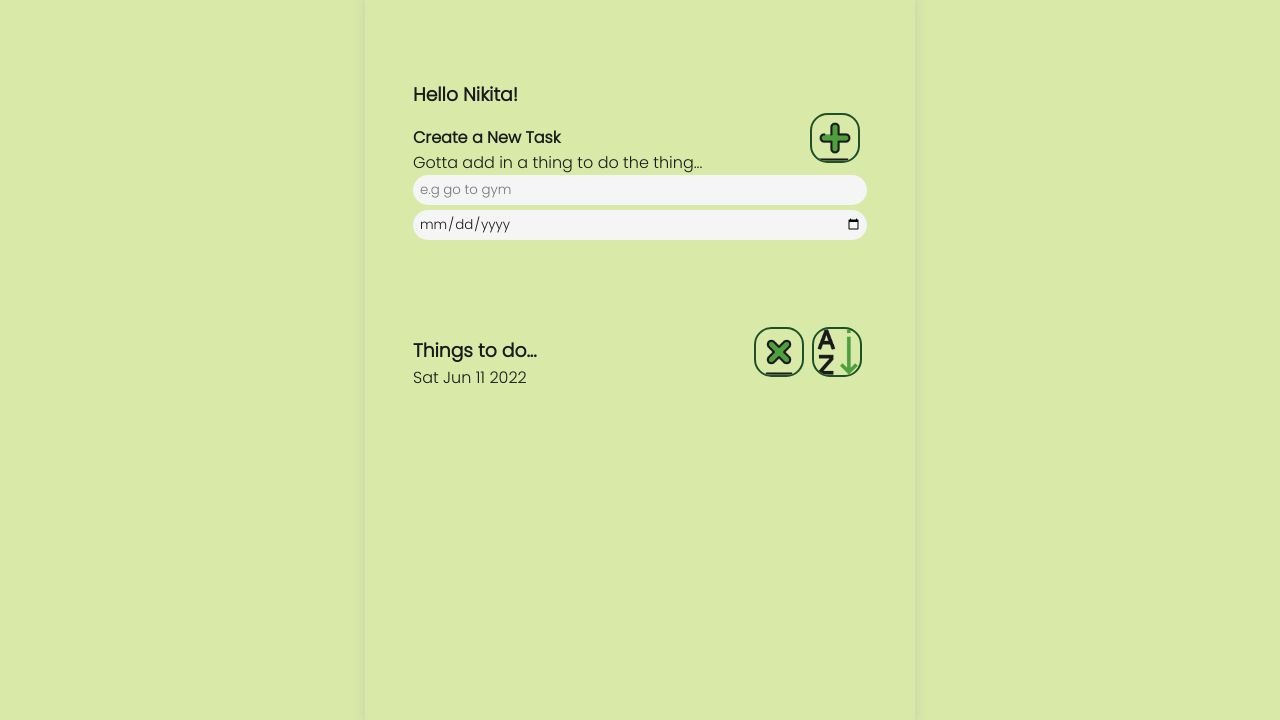
Repository: acidpixie/todo-app-version3
Page: index.html
These files come from the project's save history. The page is drawn as it stood at one moment and after the next save; the edit follows.
The browser window is 1280 px wide. The pictures show the whole page.

Above is the page before, as saved 2022-06-23 22:21:22.
Console error: ReferenceError: clearTasks is not defined

### index.html
<!DOCTYPE html>
<html lang="en">
<head>
    <meta charset="UTF-8">
    <meta http-equiv="X-UA-Compatible" content="IE=edge">
    <meta name="viewport" content="width=device-width, initial-scale=1.0">
    <title>Todo Application</title>

    <link rel="stylesheet" type="text/css" href="css/stylesheet.css">
    <script type="text/javascript" src="js/test.js" defer></script>

    <!--google fonts - poppins-->
    <link rel="preconnect" href="https://fonts.googleapis.com">
    <link rel="preconnect" href="https://fonts.gstatic.com" crossorigin>
    <link href="https://fonts.googleapis.com/css2?family=Poppins:wght@200;300&display=swap" rel="stylesheet">


</head>
<body>

    <section>
        <header class="heading">
        <h3>Hello&nbsp;<div contenteditable="true">Nikita!</div></h3>
        </header>

        <div>
            <h4>Create a New Task</h4>
            <form>
                <label>Gotta add in a thing to do the thing...</label>
                <input type="text" class="user-input" id="input-task" placeholder="e.g go to gym">
                <p id="empty-input" class="empty-input"></p>
                <input type="date" class="user-date" id="input-date">
                <img src="images/add.png" type="submit" class="add-new-task" id="add-new-task-button" alt="plus icon"></img>
                </label>
            </form>
       </div>
    </section>

    <section>
        <div id="display-tasks" class="display">
            <h3>Things to do...</h3>
            <span class="title-date" id="title-date"></span>
            <ul class="task-item" id="task-list">
              <!--  <li class="list-item" id="list-item" data-id="${newTask.taskId}">

                    <div class="list-container" id="lists-container">
                        <span class="list-input" id="list-input" contenteditable="true">${newTask.taskname}</span>
                        <span class="list-date-input" id="list-date-input" contenteditable="true">${newTask.taskdate}</span>
                    </div>
                    <div class="list-buttons">
                        <button class="edit-item" id="edit-item"></button>
                        <img src="images/del.png" class="delete-item" id="delete-item"></img>
                    </div>

                </li> -->
            </ul>
        </div>
    </section>

    <section class="user-buttons" id="buttons-user">
        <img src="images/delete.png" class="user-button" id="clear-button" alt="cross icon"></img>
        <img src="images/sort-a-z.png" class="user-button" id="sort-button" alt="a-z arrow icon"></img>
    </section>


</body>
</html>

### css/stylesheet.css
/*color pallet
#191A19 - black
#1E5128 - dark green
#4E9F3D - light green
#D8E9A8 - whitish green gray
#f5f5f5 - white smoke
*/



* {
    box-sizing: border-box;
    font-family: "poppins", sans-serif;
    margin: 0;
}

body {
    background-color: #D8E9A8;
    color: #191A19;
    max-width: 550px;
    min-height: 100vh;
    margin: auto;
    box-shadow: 0 1px 10px 0px rgba(176, 173, 173, 0.467);
    position: relative;
}


section {
    padding: 3rem;
}

.heading {
    padding-top: 2rem;
    padding-bottom: 1rem;
}

form {
    display: flex;
    flex-direction: column;
}

input {
    height: 30px;
    border: solid 5px #f5f5f5;
    color: #191A19;
    background-color: #f5f5f5;
    border-radius: 25px;
}

.user-date {
    margin-top: 5px;
}

li {
    display: flex;
    flex-direction: row;
    padding-left: 0;
    padding-top: 10px;
    list-style: none;
}

ul{
    margin: 0;
    padding: 0;
}

li {
    display: flex;
    flex-direction: column;
    justify-content: center;
    height: 70px;
    width: auto;
    background-color: #4E9F3D ;
    border: solid 2px #D8E9A8;
    border-radius: 25px;
    align-items: center;
}

.edit-item {
    font-size: 8px;
    background-color: transparent;
    border: none;
    color: #D8E9A8;
    cursor: pointer;
}

.delete-item {
    margin-left: 380px;
    height: 20px;
    width: 20px;
    background-color: transparent ;
    border: none;
    cursor: pointer;
}


.user-buttons {
    display: flex;
    flex-direction: row;
    gap: 8px;
    position: absolute;
    bottom: 41%;
    right: 1%;
}

.user-button {
    display: flex;
    height: 50px;
    width: 50px;
    gap: 10px;
    border: solid 2px #1E5128;
    border-radius: 35%;
    cursor: pointer;

}

.user-button:hover {
    background-color: #1E5128;
}

.add-new-task {
    height: 50px;
    width: 50px;
    margin-top: 5px;
    position: absolute;
    top: 15%;
    right: 10%;
    background-color: none;
    border: solid 2px #1E5128;
    border-radius: 35%;
    cursor: pointer;
}

.add-new-task:hover {
    background-color: #1E5128;
}



.completed-task {
    text-decoration: line-through;
  }

.completed {
    filter: opacity(50%);
  }

.list-date-input {
    font-size: 11px;
    color: #f5f5f5 ;
    padding-left: 15px;

}

.list-input {
    font-weight: 600;
}

h3 {
    display: flex;
}

.empty-input {
    display: flex;
    justify-content: center;
    font-size: 12px;
    color: #9a1616;
}


@media screen and (max-width: 672px) {
    .user-buttons {
        display: flex;
        flex-direction: row;
        gap: 8px;
        position: absolute;
        bottom: 83%;
        right: 1%;
    }

    .add-new-task {
        height: 50px;
        width: 50px;
        margin-top: 5px;
        position: absolute;
        top: 4%;
        right: 10%;
        background-color: none;
        border: solid 2px #1E5128;
        border-radius: 35%;
        cursor: pointer;

    }}


@media screen and (max-width: 990px) {
    .user-buttons {
        display: flex;
        flex-direction: row;
        gap: 8px;
        position: absolute;
        bottom: 83%;
        right: 1%;
    }

    .add-new-task {
        height: 50px;
        width: 50px;
        margin-top: 5px;
        position: absolute;
        top: 4%;
        right: 10%;
        background-color: none;
        border: solid 2px #1E5128;
        border-radius: 35%;
        cursor: pointer;

    }}

@media screen and (max-width: 1280px) {

    .user-buttons {
        display: flex;
        flex-direction: row;
        gap: 8px;
        position: absolute;
        bottom: 41%;
        right: 1%;
    }


    .add-new-task {
        height: 50px;
        width: 50px;
        margin-top: 5px;
        position: absolute;
        top: 15%;
        right: 10%;
        background-color: none;
        border: solid 2px #1E5128;
        border-radius: 35%;
        cursor: pointer;
}}

### js/test.js
let date = new Date();
let dateHeader = date.toDateString();

const dateToday = document.getElementById('title-date');
dateToday.innerHTML = dateHeader;

const taskList = document.getElementById("task-list");

const LOCAL_STORAGE_APP_KEY = 'local-storage-task-list'
let myArray = JSON.parse(localStorage.getItem(LOCAL_STORAGE_APP_KEY)) || []

//input variables
let taskInput = document.getElementById("input-task");
let taskInputDate = document.getElementById("input-date");
const taskInputSubmit = document.getElementById("add-new-task-button");
const emptyInput= document.getElementById("empty-input");

const clearTaskList = document.getElementById("clear-button");
const sortTaskList = document.getElementById("sort-button");

//create new task item
class Task {
    constructor(taskid, taskname, taskdate) {
        this._taskid = taskid;
        this._taskname = taskname;
        this._taskdate = taskdate;
    }

    get taskid() {
        return this._taskid;
      }

      set taskid(newTaskId) {
        this._taskid = newTaskId;
      }

      get taskname() {
        return this._taskname;
      }

      set taskname(newTaskName) {
        this._taskname = newTaskName;
      }

      get taskdate() {
        return this._taskdate;
      }

      set taskdate(newTaskDate) {
        this._taskdate = newTaskDate;
      }
    }

    //event listeners

    taskInputSubmit.addEventListener("click", addTask);
    clearTaskList.addEventListener("click", clearTasks);
    sortTaskList.addEventListener("click", sortTasks);

    //function to add in a new task

    function addTask(e) {
        e.preventDefault();

        let userInput = document.getElementById("input-task").value;
        let userInputDate = document.getElementById("input-date").value;

        let newTaskId = new Date().getTime().toString();
        let userInputTask = userInput.charAt(0).toUpperCase() + userInput.slice(1);

        emptyInput.innerHTML= "";

        if (userInputTask !== "") {
            let newTask = new Task(newTaskId, userInputTask, userInputDate);
            myArray.push(newTask);

            const listElement = document.createElement("li");
            listElement.classList.add("list-item");
            const attr = document.createAttribute("data-id");
            attr.value = newTaskId;
            listElement.setAttributeNode(attr);

            //template literal to add in list inputs
            listElement.innerHTML = `
            <div class="list-container">
            <span class="list-input" id="list-input" contenteditable="true">${newTask.taskname}</span>
            <span class="list-date-input" id="list-date-input" contenteditable="true">${newTask.taskdate}</span>
            </div>
            <div class="list-buttons">
            <button class="edit-item" id="edit-item"></button>
            <img src="images/del.png" class="delete-item" id="delete-item"></img>
            </div>
            `;

            //variables and event listeners for buttons created in new li element
            const taskContent = listElement.querySelector(".list-container");
            const deleteButton = listElement.querySelector(".delete-item");
            const editButton = listElement.querySelector(".edit-item");

           deleteButton.addEventListener("click", deleteTask);
           editButton.addEventListener("click", editTask);

            taskList.appendChild(listElement);

            taskContent.addEventListener("dblclick", function(){
                taskContent.classList.toggle("completed-task");
                listElement.classList.toggle("completed");
            })

            function saveAndRender() {
                save()
                render()
            };

        }


function save() {
    localStorage.setItem(LOCAL_STORAGE_APP_KEY, JSON.stringify(myArray))
}

function render() {
    clearElement(taskList)
    lists.forEach( list => {
        const listElement = document.createElement("li")
        listElement.classList.add("list-item")
        listElement.innerText = list
        taskList.appendChild(listElement)
    })
}

function clearElement(element) {
    while (element.firstChild) {
        element.removeChild(element.firstChild)
    }

}

}

After the next save:
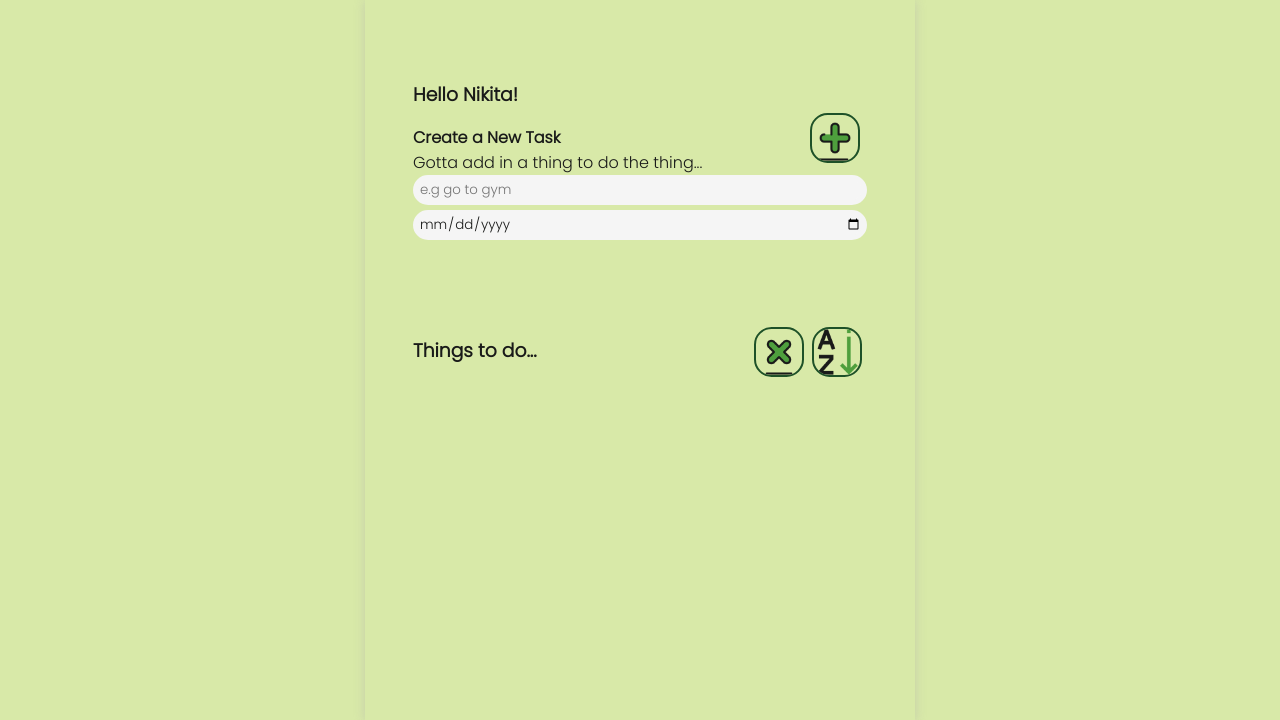
Console error: SyntaxError: Unexpected token 'else'
Saved 3 min 56 s later.
--- a/js/test.js
+++ b/js/test.js
@@ -107,12 +107,62 @@
                 listElement.classList.toggle("completed");
             })
 
-            function saveAndRender() {
-                save()
-                render()
+            saveAndRender()
+
             };
 
+        } else if (userInputTask !== "") {
+            editInputTask.innerHTML = userInputTask;
+            editInputDate.innerHTML = userInputDate;
+
+            saveAndRender();
+
+        } else if (userInputTask === "") {
+            emptyInput.innerHTML = "task input cannot be blank";
+        } else {
+            emptyInput.innerHTML = "";
         }
+
+        saveAndRender()
+
+    // clear tasks
+
+    function clearTasks() {
+        const allTasks = document.querySelectorAll(".list-item");
+
+        if (allTasks.length > 0) {
+            allTasks.forEach(function (listItem) {
+                taskList.removeChild(listItem);
+            });
+
+            saveAndRender();
+            localStorage.removeItem("local-storage-task-list");
+        }
+    }
+
+    //sort tasks a-z
+
+    function sortTasks() {
+        [...taskList.children]
+        .sort((a, b) => (a.innerText > b.innerText ? 1 : -1))
+        .forEach((node) => taskList.appendChild(node));
+    }
+
+    //delete tasks
+
+    function deleteTask(event) {
+        let element = event.currentTarget.parentElement.parentElement;
+        const id = element.dataset.id;
+        taskList.removeChild(element);
+
+        saveAndRender()
+    }
+
+
+
+function saveAndRender() {
+    save()
+    render() }
 
 
 function save() {
@@ -135,5 +185,3 @@
     }
 
 }
-
-}

After the save that followed:
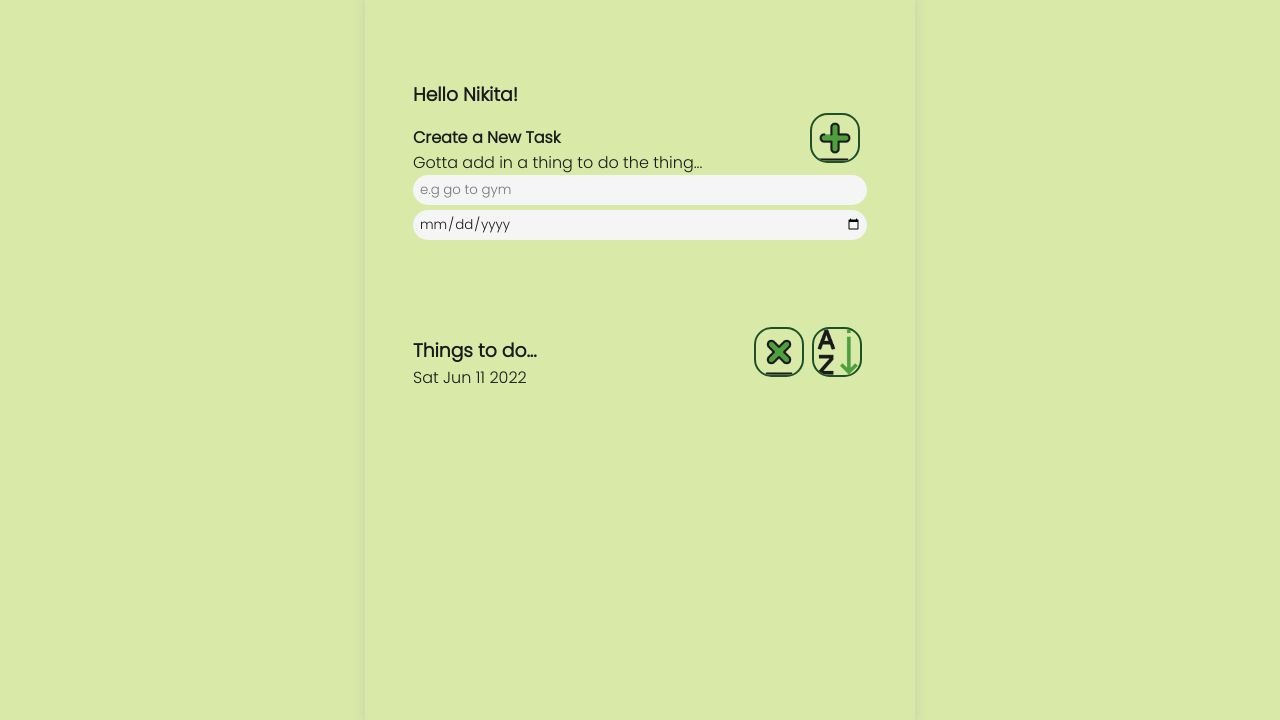
Console error: ReferenceError: userInputTask is not defined
Saved 43 s later.
--- a/js/test.js
+++ b/js/test.js
@@ -111,7 +111,7 @@
 
             };
 
-        } else if (userInputTask !== "") {
+        } if (userInputTask !== "") {
             editInputTask.innerHTML = userInputTask;
             editInputDate.innerHTML = userInputDate;
 
